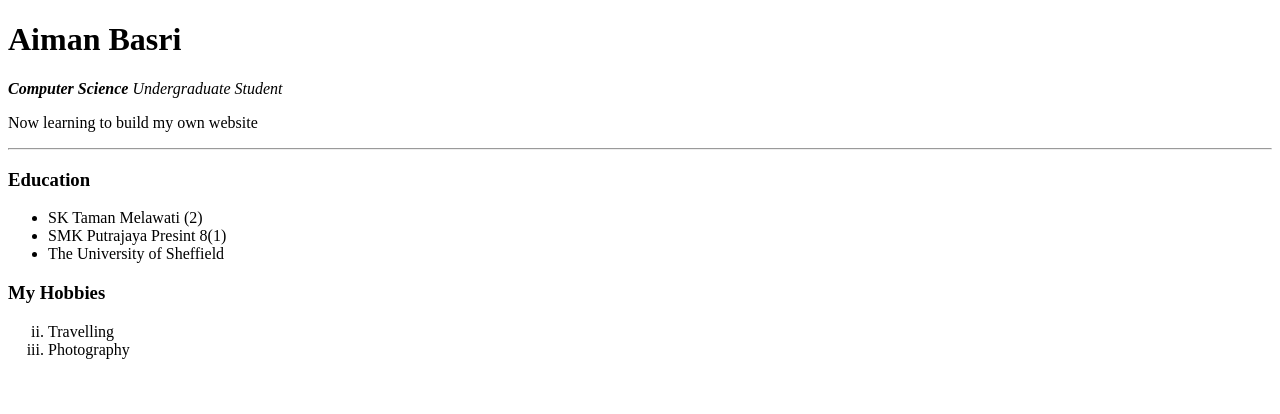
Repository: aimanbasri/Web-Development-Bootcamp
Page: HTML - Personal Site/index.html
An editor plug-in stored every save of this project. The page is shown before and after a run of saves, followed by the edit.
The browser window is 1280 px wide. The pictures show the whole page.

Above is the page before, as saved 2019-12-29 01:16:03.

### HTML - Personal Site/index.html
<!DOCTYPE html>
<html lang="en">
<head>
    <meta charset="UTF-8">
    <meta name="viewport" content="width=device-width, initial-scale=1.0">
    <meta http-equiv="X-UA-Compatible" content="ie=edge">
    <title>🗲Aiman's Personal Site</title>
</head>
<body>
    <h1> Aiman Basri </h1>
    <p><em><strong>Computer Science </strong> Undergraduate Student</em></p>
    <p> Now learning to build my own website</p>
    <hr>
    <h3> Education </h3>
    <ul>
        <li>SK Taman Melawati (2)</li>
        <li>SMK Putrajaya Presint 8(1)</li>
        <li>The University of Sheffield</li>
    </ul>
    <h3> My Hobbies</h3>
    <ol type="i" start="2">
        <li> Travelling </li>
        <li> Photography </li>
    </ol>
</body>
</html>

After the next 2 saves:
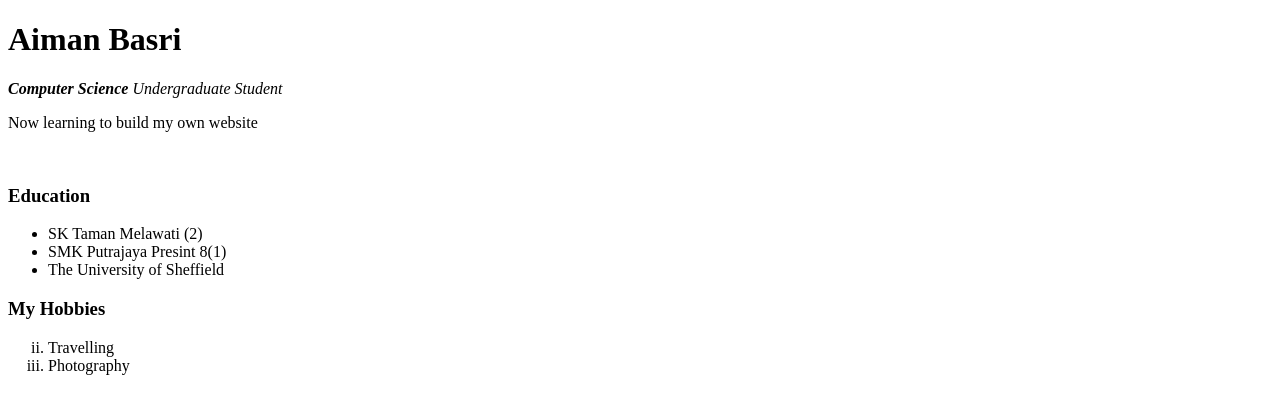
The 2 saves are shown as one change because they came seconds apart.
The last was saved 3 min 20 s later.
--- a/HTML - Personal Site/index.html
+++ b/HTML - Personal Site/index.html
@@ -10,6 +10,7 @@
     <h1> Aiman Basri </h1>
     <p><em><strong>Computer Science </strong> Undergraduate Student</em></p>
     <p> Now learning to build my own website</p>
+    <img
     <hr>
     <h3> Education </h3>
     <ul>

After the save that followed:
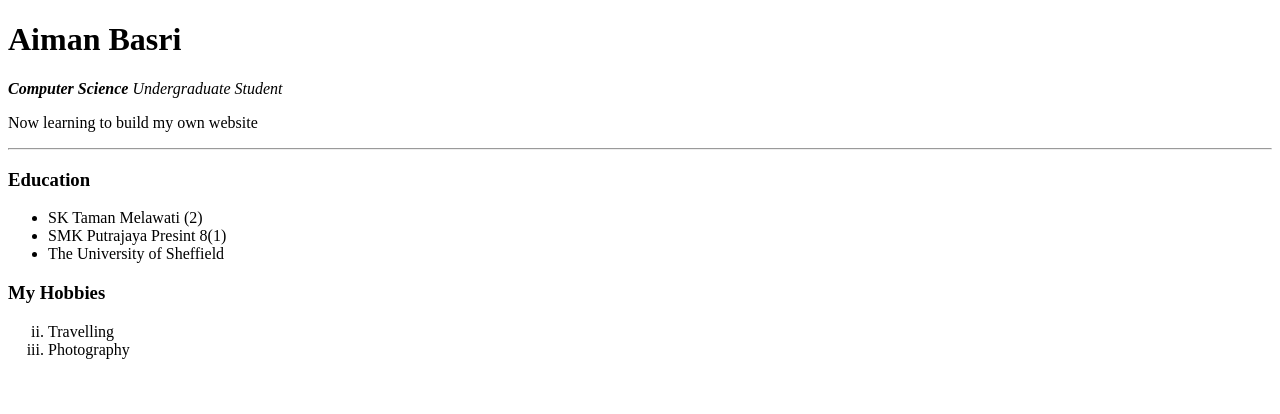
Saved 7 s later.
--- a/HTML - Personal Site/index.html
+++ b/HTML - Personal Site/index.html
@@ -10,7 +10,6 @@
     <h1> Aiman Basri </h1>
     <p><em><strong>Computer Science </strong> Undergraduate Student</em></p>
     <p> Now learning to build my own website</p>
-    <img
     <hr>
     <h3> Education </h3>
     <ul>
